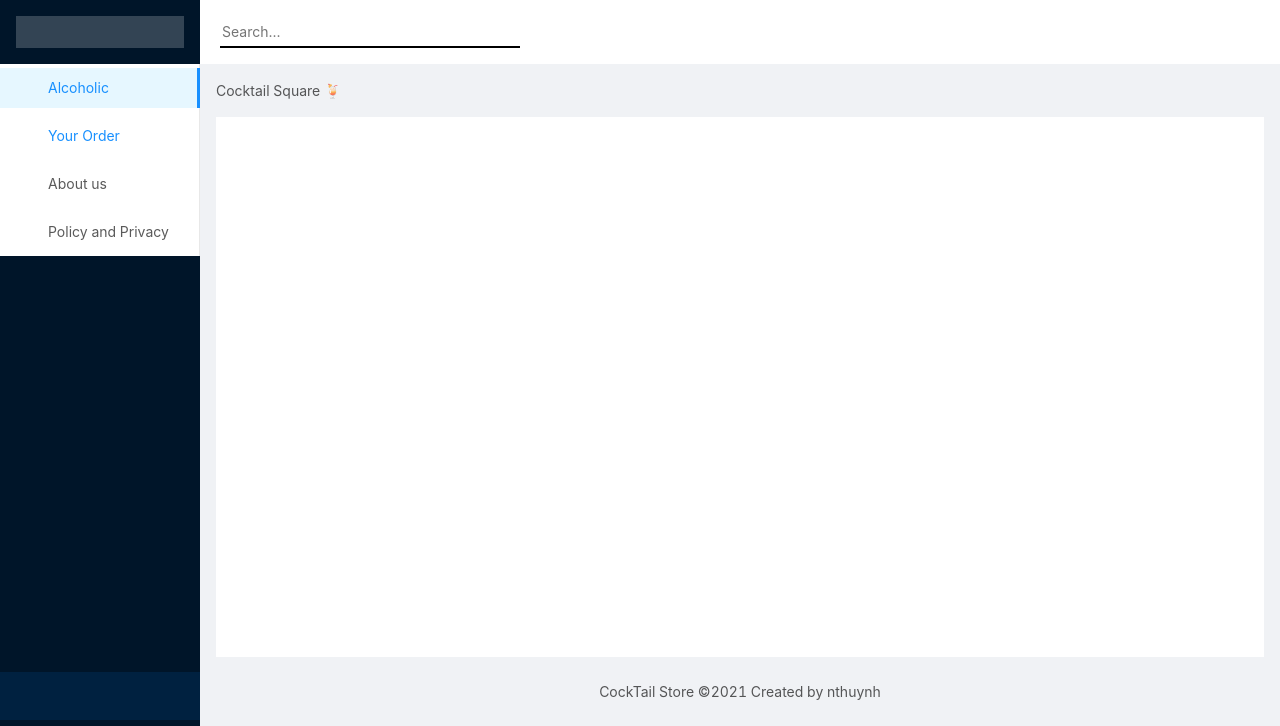
Repository: huynhnt1406/cocktail
Page: /
These files come from the project's save history. The page is drawn as it stood at one moment and after the next save; the edit follows.
The browser window is 1280 px wide. The pictures show the whole page.
The page's requests for data from a server got no answer. The project was rebuilt for these pictures with package versions that can differ from the ones it lists, and the page was loaded fresh each time. No one was signed in, and anything a server would have sent is missing. Also part of the build but not shown: src/components/DetailPage.vue, src/components/Order.vue.

Above is the page before, as saved 2021-05-06 10:15:28.

### public/index.html
<!DOCTYPE html>
<html lang="">
  <head>
    <meta charset="utf-8">
    <meta http-equiv="X-UA-Compatible" content="IE=edge">
    <meta name="viewport" content="width=device-width,initial-scale=1.0">
    <link rel="icon" href="<%= BASE_URL %>favicon.ico">
    <title><%= htmlWebpackPlugin.options.title %></title>
    <link rel="preconnect" href="https://fonts.gstatic.com">
    <link href="https://fonts.googleapis.com/css2?family=Poppins:ital,wght@0,200;0,300;1,400&display=swap" rel="stylesheet">
    <link rel="stylesheet" href="https://cdnjs.cloudflare.com/ajax/libs/font-awesome/4.7.0/css/font-awesome.min.css">
  </head>
  <body>
    <noscript>
      <strong>We're sorry but <%= htmlWebpackPlugin.options.title %> doesn't work properly without JavaScript enabled. Please enable it to continue.</strong>
    </noscript>
    <div id="app"></div>
    <!-- built files will be auto injected -->
  </body>
</html>

### src/main.js
import Vue from 'vue'
import App from './App.vue'
import store from './store/index'
import router from './router/index'
import 'ant-design-vue/dist/antd.css';
import Antd from 'ant-design-vue';
Vue.config.productionTip = false
Vue.use(Antd);
new Vue({
  store,
  router,
  render: h => h(App),
}).$mount('#app')

### src/App.vue
<template>
  <a-layout id="components-layout-demo-side" theme="light"  style="min-height: 100vh">
    <a-layout-sider v-model="collapsed" collapsible>
      <div class="logo" />
      <a-menu theme="light" :default-selected-keys="['1']" mode="inline">
        <a-menu-item key="1">
          <a-icon type="menu" />
          <span><router-link to="/">Alcoholic</router-link></span>
        </a-menu-item>
        <a-menu-item key="2">
           <a-icon type="shopping-cart" />
          <span><router-link to="/yourorder">Your Order</router-link></span>
        </a-menu-item>
           <a-menu-item key="3">
           <a-icon type="info-circle" />
          <span>About us</span>
        </a-menu-item>
           <a-menu-item key="4">
           <a-icon type="safety-certificate" />
          <span>Policy and Privacy</span>
        </a-menu-item>
      </a-menu>
    </a-layout-sider>
    <a-layout>
      <a-layout-header style="background: #fff; padding: 0" >
        <SearchBar/>
      </a-layout-header>
      <a-layout-content style="margin: 0 16px">
        <a-breadcrumb style="margin: 16px 0">
          <a-breadcrumb-item>Cocktail Square 🍹</a-breadcrumb-item>
        </a-breadcrumb>
        <div class="cocktail-lists" :style="{ padding: '24px', background: '#fff', minHeight: '360px' }">
          <router-view/>
        </div>
      </a-layout-content>
      <a-layout-footer style="text-align: center">
        CockTail Store ©2021 Created by nthuynh
      </a-layout-footer>
    </a-layout>
  </a-layout>
</template>
<script>
import SearchBar from './components/SearchBar'
export default {
  data() {
    return {
      collapsed: false,
    };
  },
  components:{
    SearchBar
  }
};
</script>

<style>
#components-layout-demo-side .logo {
  height: 32px;
  background: rgba(255, 255, 255, 0.2);
  margin: 16px;
}
#components-layout-demo-side{
  background-color: red;
}
.cocktail-lists{
  overflow-y: scroll;
  height: 75vh;
}
</style>

### src/store/index.js
import Vue from 'vue'
import Vuex from 'vuex'
import cocktail from './modules/cocktail'
Vue.use(Vuex)
export default new Vuex.Store({
    modules:{
        cocktail
    }
})

### src/router/index.js
import Vue from 'vue'
import VueRouter from 'vue-router'
import CockTail from '../components/CockTail'
import DetailPage from '../components/DetailPage'
import Order from '../components/Order'
const routes = [
    {
        path:'/',
        name:'CockTail',
        component:CockTail
    },
    {
        path:'/detailpage/:id',
        name:'DetailPage',
        component:DetailPage,
        props:true
    },
    {
        path:'/yourorder',
        name:'Order',
        component:Order,
    },
]
Vue.use(VueRouter)

export default new VueRouter({
    routes,
    mode:'history'
})

### src/components/SearchBar.vue
<template>
  <div class="searchbar">
    <div class="search-tool">
        <input type="text" placeholder="Search..." >
    </div>
  </div>
</template>

<script>
export default {
}
</script>

<style>
.searchbar{
    display: flex;
    justify-content: space-between;
    align-items: center;
    padding-left:10px;
    padding-right: 10px;
}
.search-tool input{
    height: 30px;
    width: 300px;
    background-color: transparent;
    border-left:none;
    border-right: none;
    border-top:none;
    border-bottom: 2px solid black;
    margin-left: 10px;
    outline: none;
}
.search-tool input:focus{
    border-bottom: 2px solid green;
}
</style>

### src/store/modules/cocktail.js
import axios from 'axios'

const state = {
    cocktailLists: [],
}
const getters = {
    allCocktails : state => state.cocktailLists
}
const actions = {
    async fetchCocktail({commit}){
        const res = await axios.get(`https://www.thecocktaildb.com/api/json/v1/1/search.php?f=a`)
        commit('getCocktail', res.data.drinks)
        console.log(res.data.drinks)
    }
}

const mutations = {
    getCocktail : (state, cocktailLists) => state.cocktailLists = cocktailLists
}

export default {
    state,getters,actions,mutations
}

### src/components/CockTail.vue
<template >
    <div class="homepage">
        <div class="cocktail-list">
            <div class="singlecocktail" v-for="cocktail in allCocktails" :key="cocktail.id">
                <div class="each-cocktail">
                    <div class="cocktail-img">
                        <img :src="cocktail.strDrinkThumb" :alt="cocktail.idDrink">
                    </div>
                    <div class="cocktail-detail">
                        <h3>🍹 {{cocktail.strCategory}}</h3>
                        <div class="action">
                            <a-button type="secondary">
                                <i class="fa fa-money" aria-hidden="true"> {{money}}</i>
                            </a-button>
                            <a-button type="primary" >
                                <router-link :to="{name:'DetailPage', params:{id:cocktail.idDrink}}">Detail</router-link>
                            </a-button>
                        </div>
                    </div>
                </div>
            </div>
        </div>
    </div>
</template>
<script>
import {mapGetters, mapActions} from 'vuex'

export default {
    name:'Cocktail',
    data(){
        return{
            money:20
        }
    },
    computed: mapGetters(["allCocktails"]),
    created(){
        this.fetchCocktail()
    },
    methods:{
        ...mapActions(["fetchCocktail"]),
        randomMoney(){
            this.money = this.money + Math.trunc(Math.random() * 100)
            console.log(this.money)
        }
    },
    mounted(){
        this.randomMoney()
    }
}
</script>
<style >
.homepage{
    font-family: "Poppins",sans-serif;
}
.singlecocktail img{
    height: 150px;
    width: 150px;
}
.singlecocktail {
    height: fit-content;
    width: 150px;
    margin:10px;
}
.cocktail-list{
    display: flex;
    flex-wrap: wrap;
    justify-content: center;
}
.action{
    display: flex;
    justify-content: space-between;
    align-items: center;
}
</style>

After the next save:
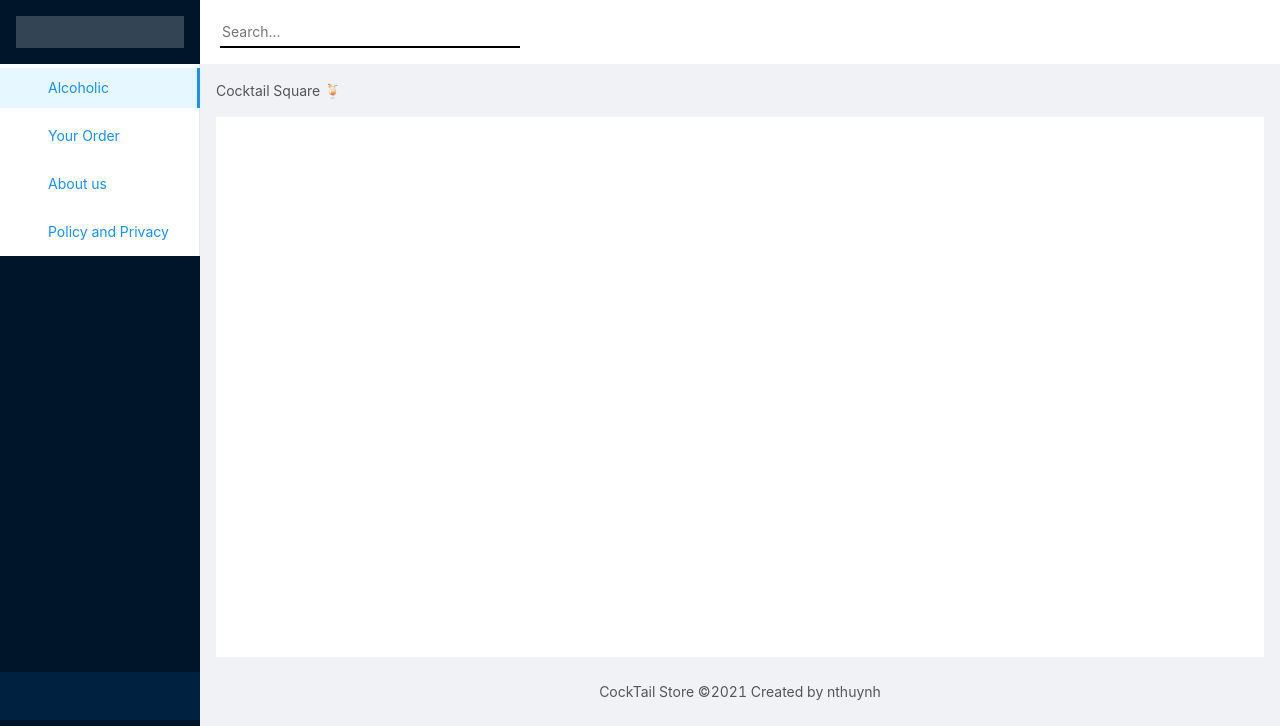
Saved 62 s later.
--- a/src/App.vue
+++ b/src/App.vue
@@ -13,11 +13,11 @@
         </a-menu-item>
            <a-menu-item key="3">
            <a-icon type="info-circle" />
-          <span>About us</span>
+          <span><router-link to="/aboutus">About us</router-link></span>
         </a-menu-item>
            <a-menu-item key="4">
            <a-icon type="safety-certificate" />
-          <span>Policy and Privacy</span>
+          <span><router-link to="/policyandprivacy">Policy and Privacy</router-link></span>
         </a-menu-item>
       </a-menu>
     </a-layout-sider>
